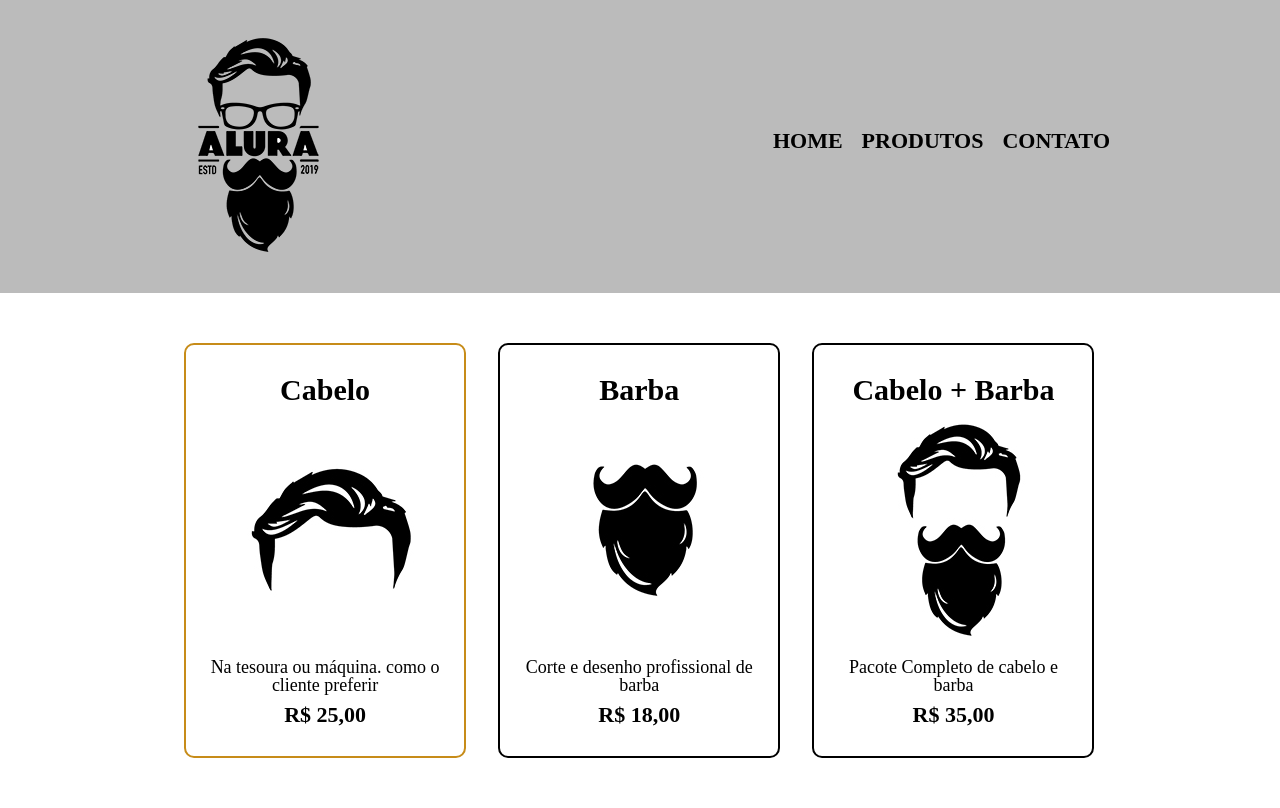
Repository: AnaBerlanda/AulaAlura
Page: produtos.html
These files come from the project's save history. The page is drawn as it stood at one moment and after the next save; the edit follows.
The browser window is 1280 px wide. The pictures show the whole page.
The first visible `.produtos li` is being pressed.

Above is the page before, as saved 2022-04-18 14:56:49.

After the next save:
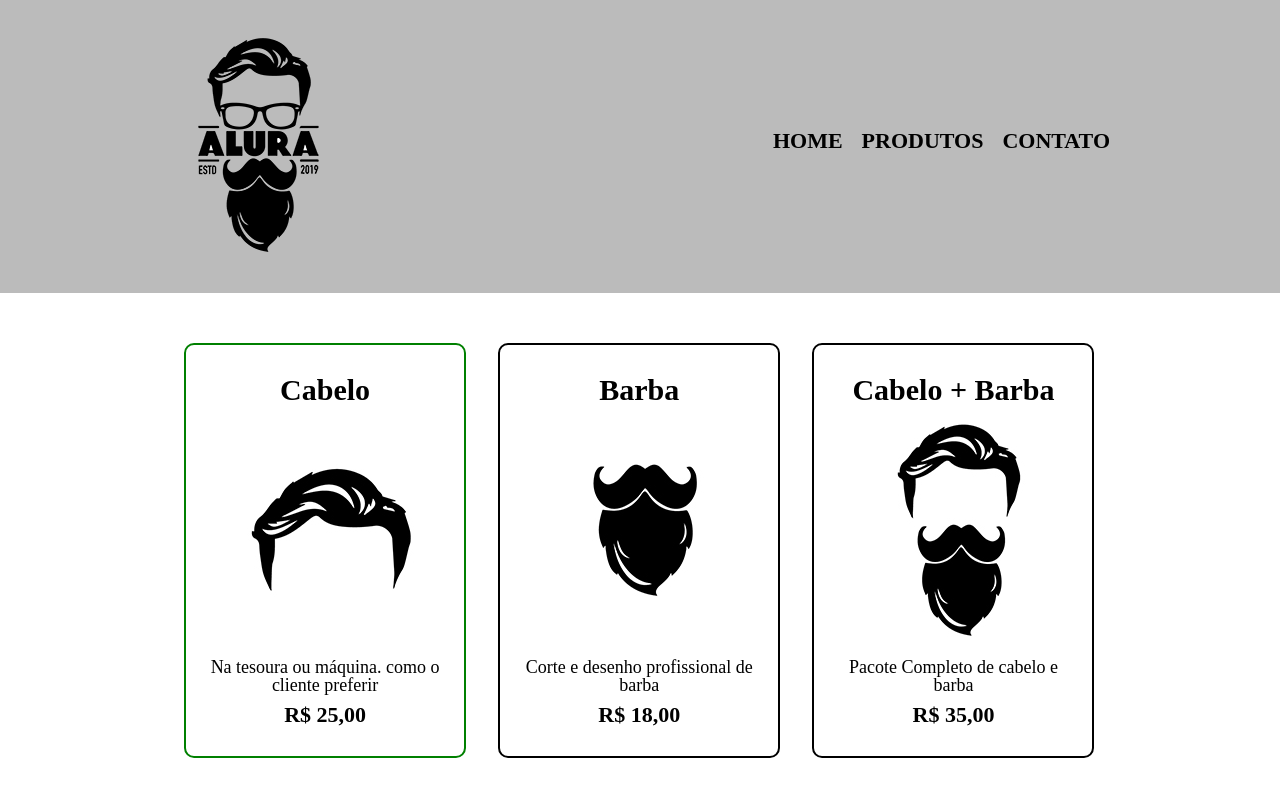
Saved 84 s later.
--- a/produtos.css
+++ b/produtos.css
@@ -58,3 +58,6 @@ nav a:hover{
 .produtos li:hover{
     border-color: #c78c19;
 }
+.produtos li:active{
+    border-color: green;
+}
